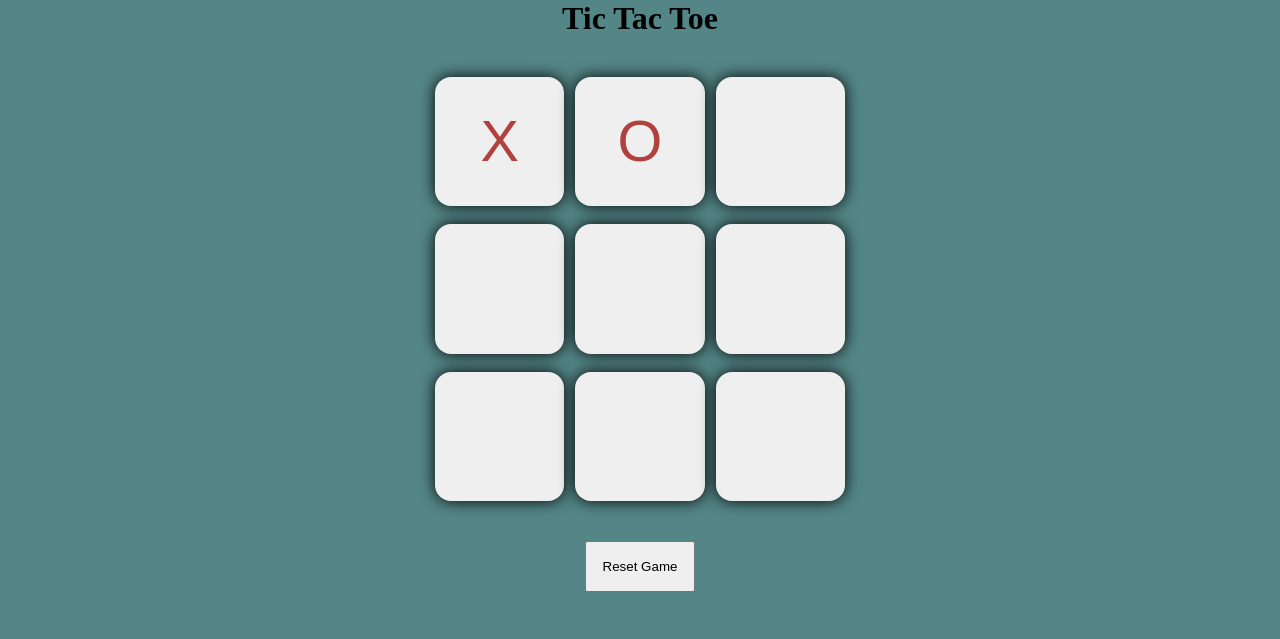
Repository: pankaj-shaw05/Tic-Tac-Toe
Page: index.html
The author's editor kept a copy of each file at every save. The page is drawn from the files as they stood at one save, then again after the next save.
The browser window is 1280 px wide. The pictures show the whole page.

Above is the page before, as saved 2026-04-07 08:23:25.

### index.html
<!DOCTYPE html>
<html lang="en">
<head>
    <meta charset="UTF-8">
    <meta name="viewport" content="width=device-width, initial-scale=1.0">
    <title>Tic-Tac-Toe Game</title>
    <link rel="stylesheet" href="style.css"/>
</head>
<body>
    <main>
        <h1>Tic Tac Toe</h1>
        <div class="container">
        <div class="game">
            <button class="box">X</button>
            <button class="box">O</button>
            <button class="box"></button>
            <button class="box"></button>
            <button class="box"></button>
            <button class="box"></button>
            <button class="box"></button>
            <button class="box"></button>
            <button class="box"></button>
        </div>
        </div>
        <button id="reset-btn">Reset Game</button>
    </main>

</body>
</html>

### style.css
* {
    margin: 0;
    padding: 0;

}

body {
    background-color: #548687;
    text-align: center;
}

.container {
    height: 70vh;
    display: flex;
    justify-content: center;
    align-items: center;
}

.game {
    height: 60vmin;
    width: 60vmin;
    display: flex;
    flex-wrap: wrap;
    justify-content: center;
    align-items: center;
    gap: 1.5vmin;
}

.box {
    height: 18vmin;
    width: 18vmin;
    border-radius: 1rem;
    border: none;
    box-shadow: 0 0 1rem rgba(0,0,0.3);
    font-size: 8vmin;
    color: #b0413e;
}

#reset-btn {
    padding: 1rem;
    font-size: ;
}

After the next save:
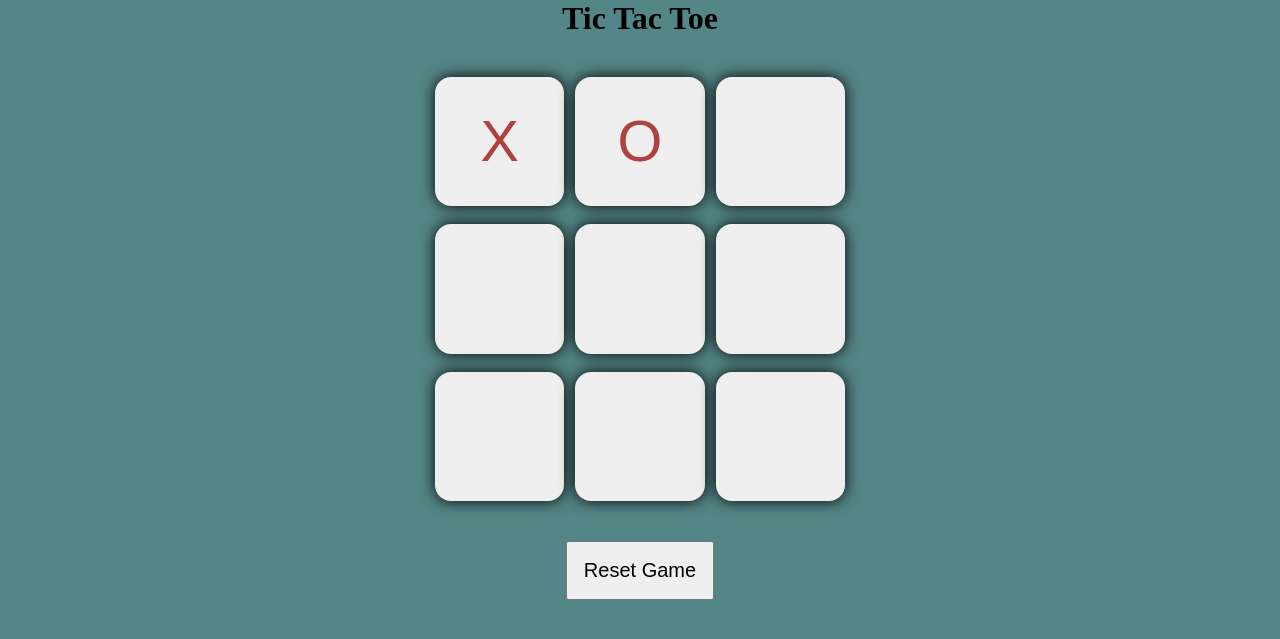
Saved 11 s later.
--- a/style.css
+++ b/style.css
@@ -38,5 +38,5 @@ body {
 
 #reset-btn {
     padding: 1rem;
-    font-size: ;
+    font-size: 1.25rem;
 }
